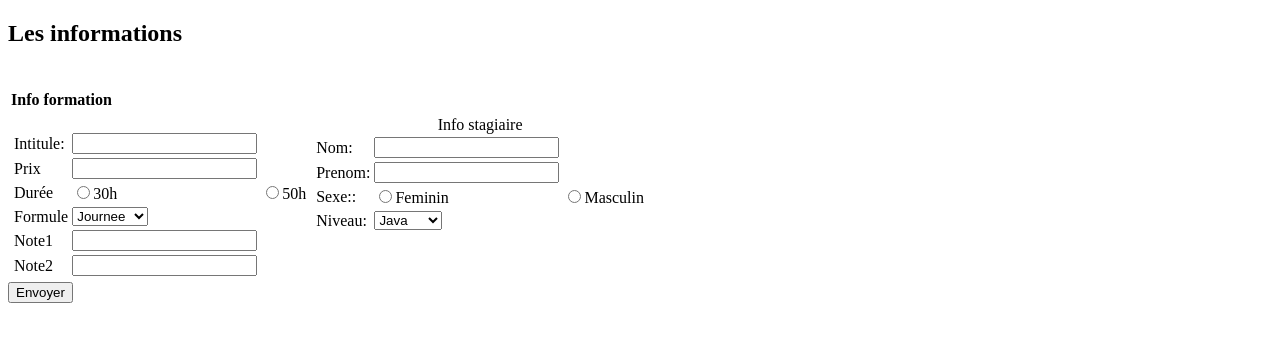
Repository: imouahrani/Gestion-des-stagiaires_JAVAEE
Page: http://localhost/TestProject/Formation.jsp
These files come from the project's save history. The page is drawn as it stood at one moment and after the next save; the edit follows.
The browser window is 1280 px wide. The pictures show the whole page.
The page is served by Tomcat 9. Other server files are loaded and not shown. The template is opened directly, without the code that normally fills it, so the values that code supplies are empty.

Above is the page before, as saved 2018-08-01 13:36:32.

### Formation Java Entreprise Edition/TestProject/WebContent/Formation.jsp
<%@ page language="java" contentType="text/html; charset=UTF-8"
	pageEncoding="UTF-8"%>
	<%@ page import="dz.TestProject.bean.*" %>
<!DOCTYPE html PUBLIC "-//W3C//DTD HTML 4.01 Transitional//EN" "http://www.w3.org/TR/html4/loose.dtd">
<html>
<head>
<meta http-equiv="Content-Type" content="text/html; charset=UTF-8">
<title>Insert title here</title>
</head>
<body>

	<b style="color: red"> <%
 	String message = (String) request.getAttribute("m");
 	if (message != null)
 		out.println(message);
 %>


	</b>


	<h2>Les informations</h2>

	<form action="TraiteFormation" method="post">
		<table>
			<tr>
				<td>
					<h4>Info formation</h4>

					<table>

						<tr>
							<td>Intitule:</td>
							<td><input type="text" name="intitule"></td>


						</tr>
                     <tr>
							<td>Prix</td>
							<td><input type="text" name="prix"></td>


						</tr>
						<tr>
							<td>Durée</td>
							<td><input type="radio" name="duree">30h</td>
					         <td><input type="radio" name="duree">50h</td>



						</tr>

						<tr>
							<td>Formule</td>
							<td>

							<select name = "formule">
							<option>Journee</option>
							<option>Soir</option>
							<option>weekend</option>






							</select>







							</td>


						</tr>

<tr>
							<td>Note1</td>
							<td><input type="text" name="note1"></td>



						</tr>
<tr>
							<td>Note2</td>
							<td><input type="text" name="note2"></td>



						</tr>



					</table>







				</td>


				<td>


				<table>


					<caption>Info stagiaire</caption>


<tr>
							<td>Nom:</td>
							<td><input type="text" name="nom"></td>


						</tr>
<tr>
							<td>Prenom:</td>
							<td><input type="text" name="prenom"></td>


						</tr>

<tr>
							<td>Sexe::</td>
							<td><input type="radio" name="sexe">Feminin</td>
							<td><input type="radio" name="sexe">Masculin</td>


						</tr>
<tr>
							<td>Niveau:</td>
							<td>

							<select name="niveau">
							<option>Java</option>
							<option>Python</option>
							<option>JavaEE</option>






							</select>







							</td>


						</tr>

















				</table>













				</td>

			</tr>





</table>
<input type="submit" value="Envoyer">
</form>

</body>
</html>

After the next save:
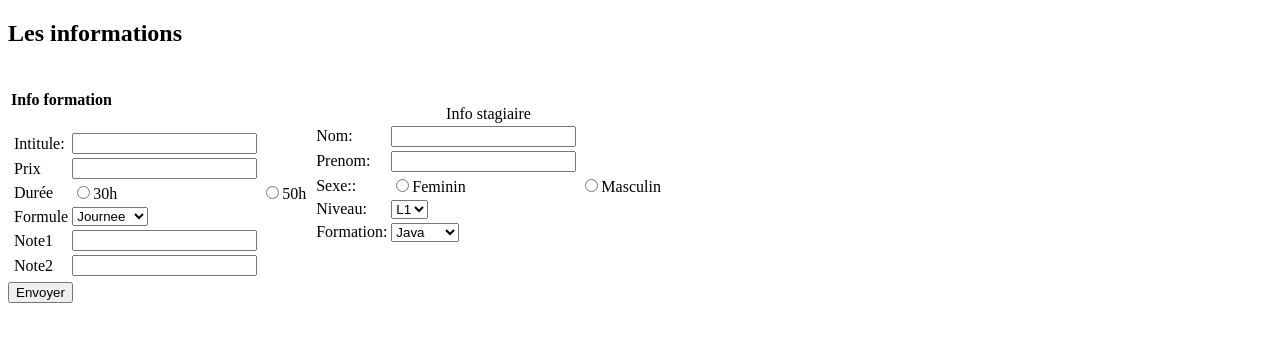
Saved 72 s later.
--- a/Formation Java Entreprise Edition/TestProject/WebContent/Formation.jsp
+++ b/Formation Java Entreprise Edition/TestProject/WebContent/Formation.jsp
@@ -139,6 +139,34 @@
 							<td>
 
 							<select name="niveau">
+							<option>L1</option>
+							<option>L2</option>
+							<option>L3</option>
+
+
+
+
+
+
+							</select>
+
+
+
+
+
+
+
+							</td>
+
+
+						</tr>
+
+
+	<tr>
+							<td>Formation:</td>
+							<td>
+
+							<select name="formation">
 							<option>Java</option>
 							<option>Python</option>
 							<option>JavaEE</option>
@@ -175,8 +203,6 @@
 
 
 
-
-
 				</table>
 
 
